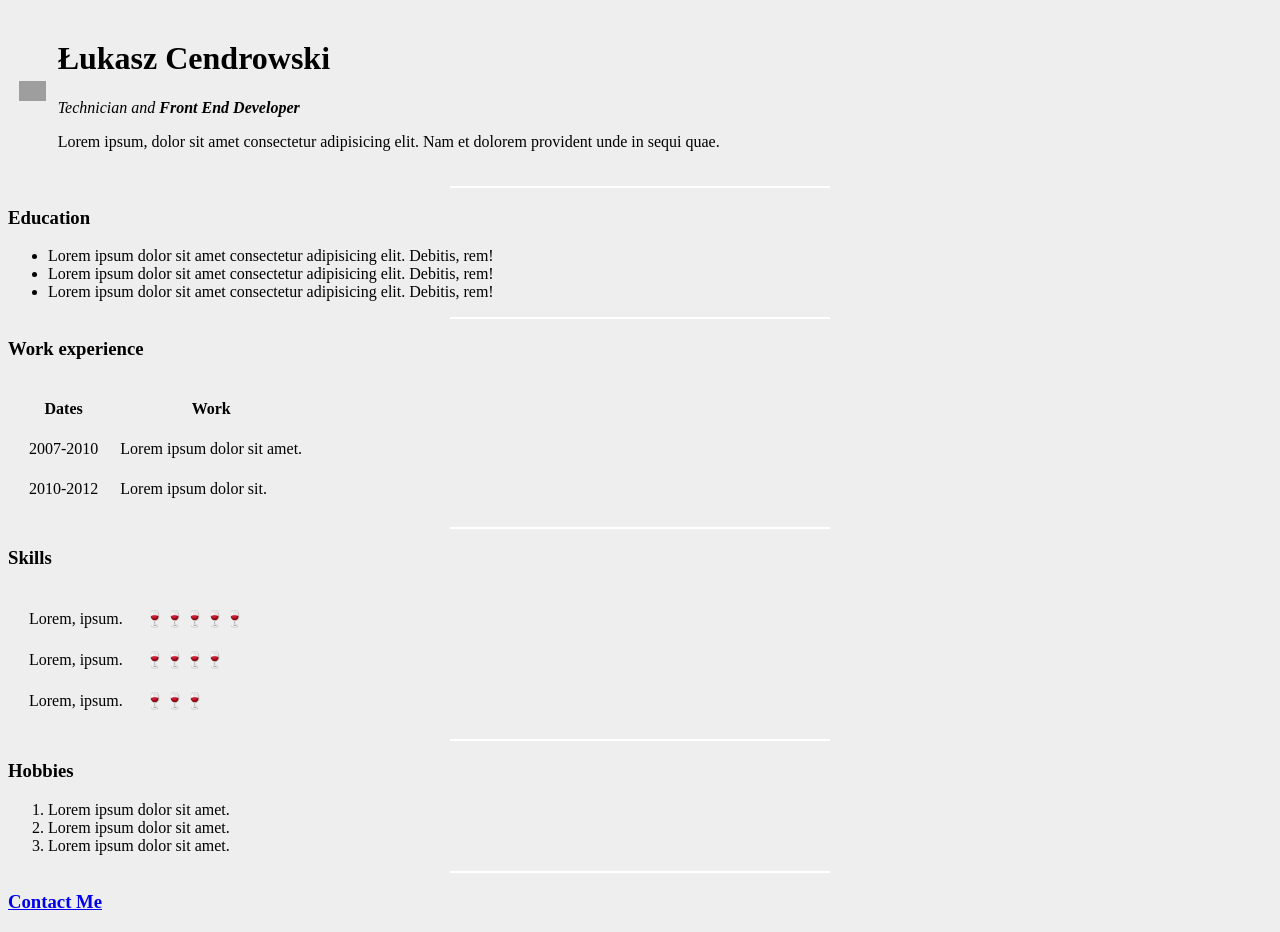
Repository: Isanderr/simple_landing_page-1
Page: index.html
The author's editor kept a copy of each file at every save. The page is drawn from the files as they stood at one save, then again after the next save.
The browser window is 1280 px wide. The pictures show the whole page.
Pictures or frames that could not be fetched are drawn as grey boxes.

Above is the page before, as saved 2019-01-29 11:40:55.

After the next save:
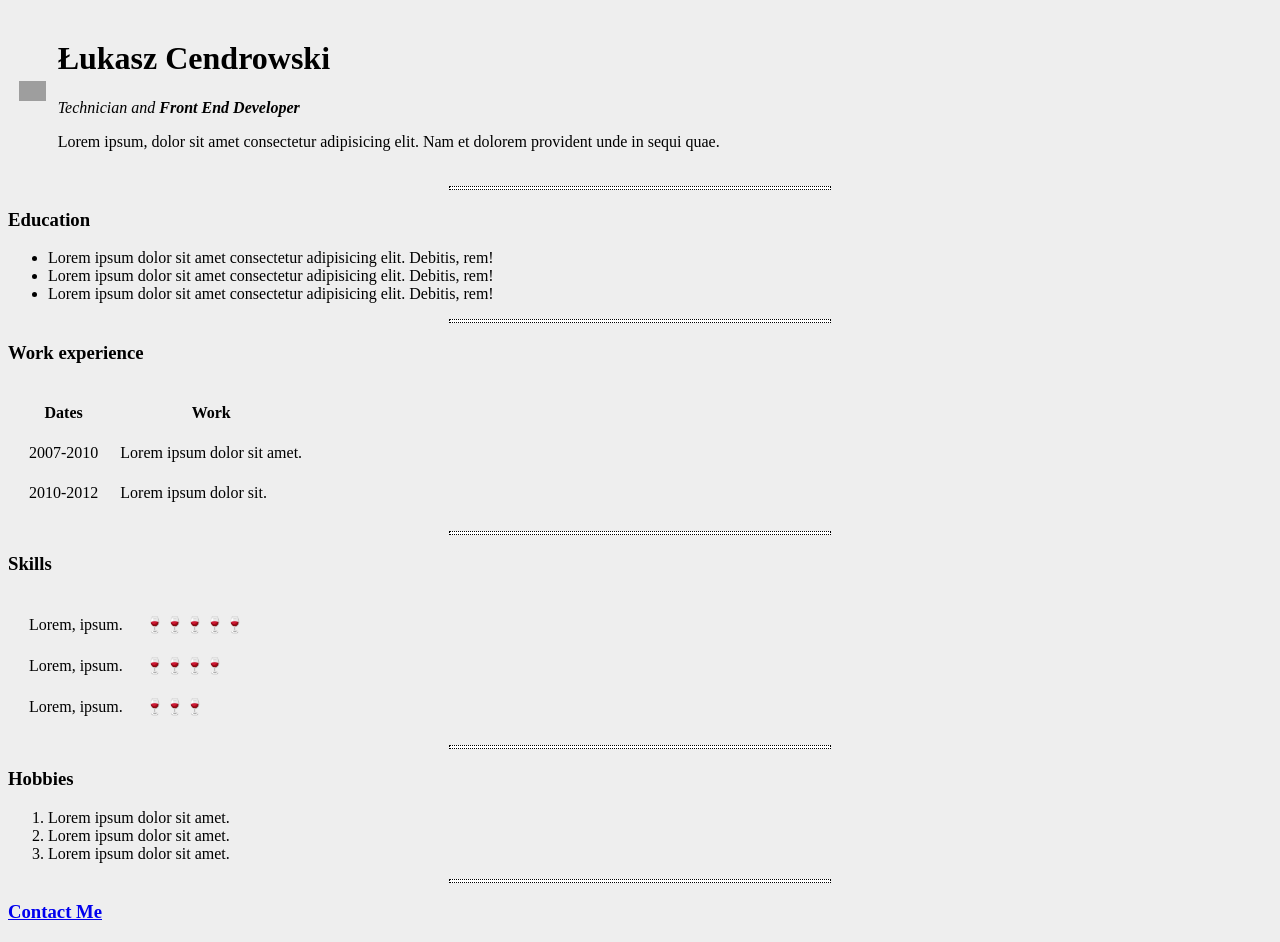
Saved 10 s later.
--- a/index.html
+++ b/index.html
@@ -13,7 +13,7 @@
 
             hr {
                 background-color: white;
-                border-style: none;
+                border-style: dotted;
                 height: 2px;
                 width: 30%;
             }
